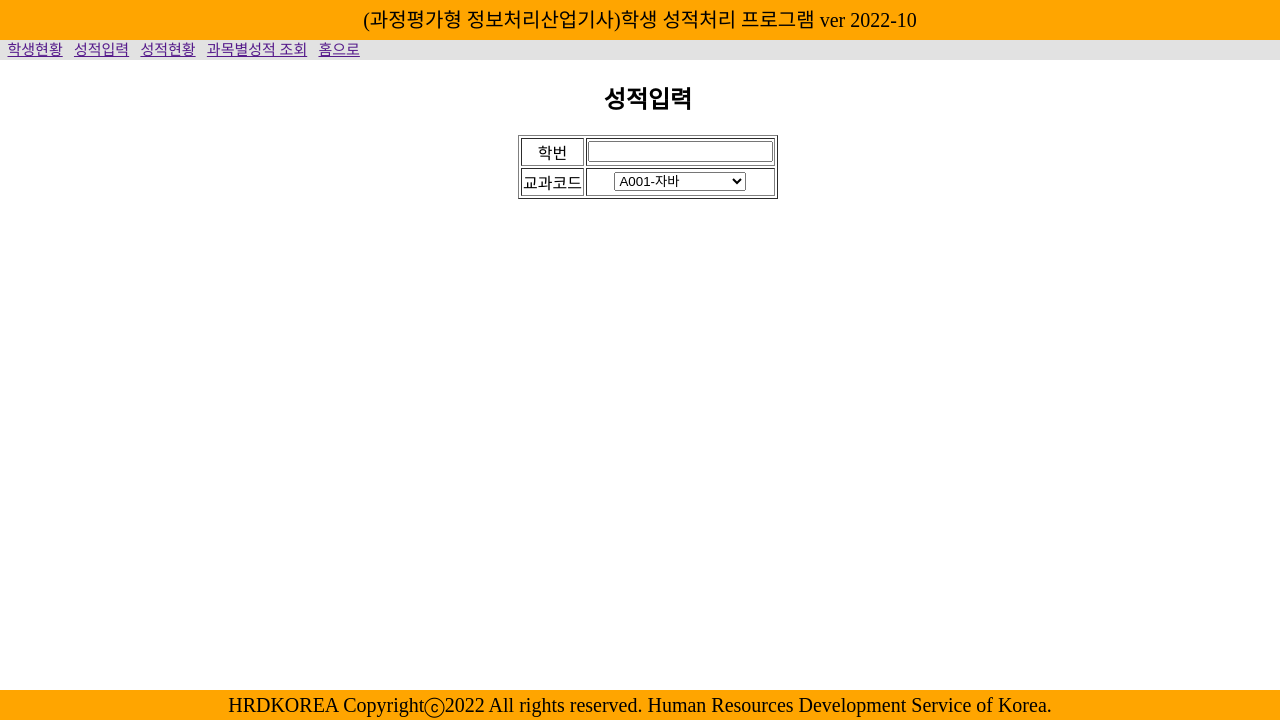
Repository: YeoJeongmo/hrdKorea
Page: http://localhost/HRD_01/insert.jsp
An editor plug-in stored every save of this project. The page is shown before and after the next save, followed by the edit.
The browser window is 1280 px wide. The pictures show the whole page.
The page is served by Tomcat 9.

Above is the page before, as saved 2024-09-02 12:12:36.

After the next save:
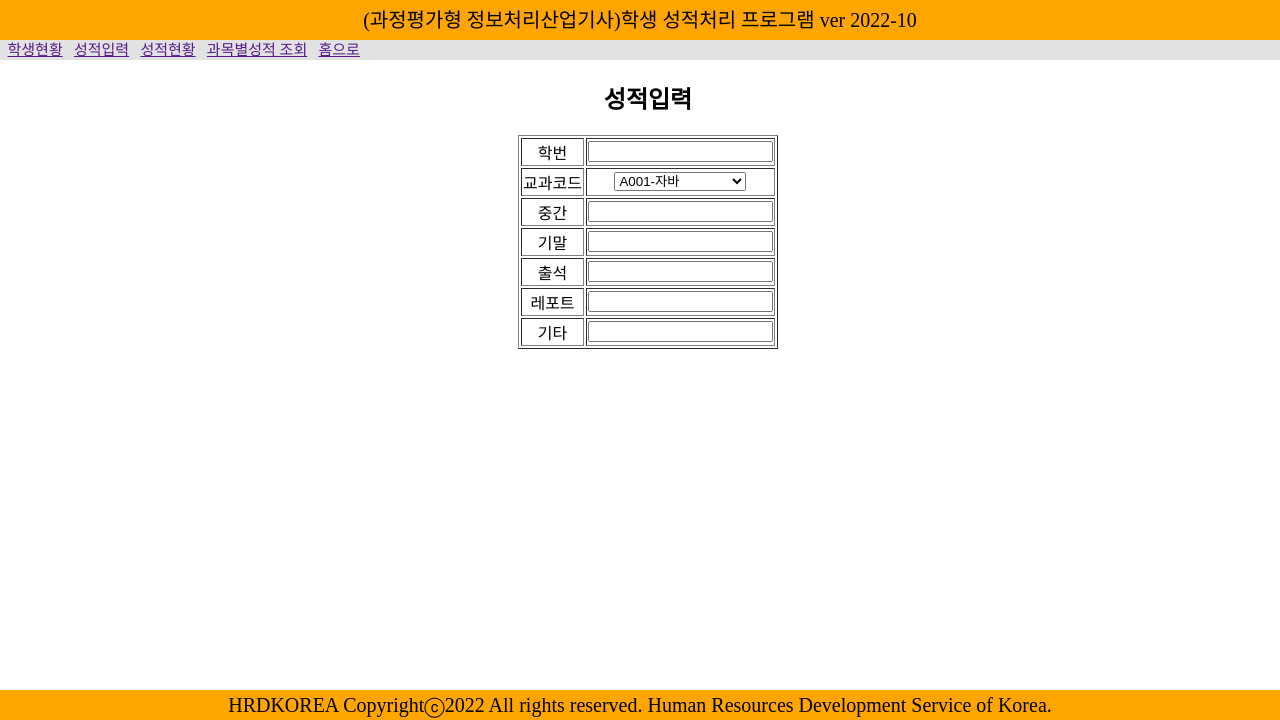
Saved 13 s later.
--- a/cbq_02/workspace/HRD_01/src/main/webapp/insert.jsp
+++ b/cbq_02/workspace/HRD_01/src/main/webapp/insert.jsp
@@ -7,6 +7,7 @@
 <title>Insert title here</title>
 </head>
 <body>
+<script type="text/javascript" src="check.js"></script>
 <jsp:include page="header.jsp"></jsp:include>
 
 <section style="position: fixed; top: 60px; width: 100%;">
@@ -29,6 +30,26 @@
 					</select>
 				</td>
 			</tr>
+			<tr>
+				<td> 중간 </td>
+				<td> <input type="text" name="midscore"> </td>
+			</tr>
+			<tr>
+				<td> 기말 </td>
+				<td> <input type="text" name="finalscore"> </td>
+			</tr>
+			<tr>
+				<td> 출석 </td>
+				<td> <input type="text" name="attend"> </td>
+			</tr>
+			<tr>
+				<td> 레포트 </td>
+				<td> <input type="text" name="report"> </td>
+			</tr>
+			<tr>
+				<td> 기타 </td>
+				<td> <input type="text" name="etc"> </td>
+			</tr>
 		</table>
 	</form>
 </section>
